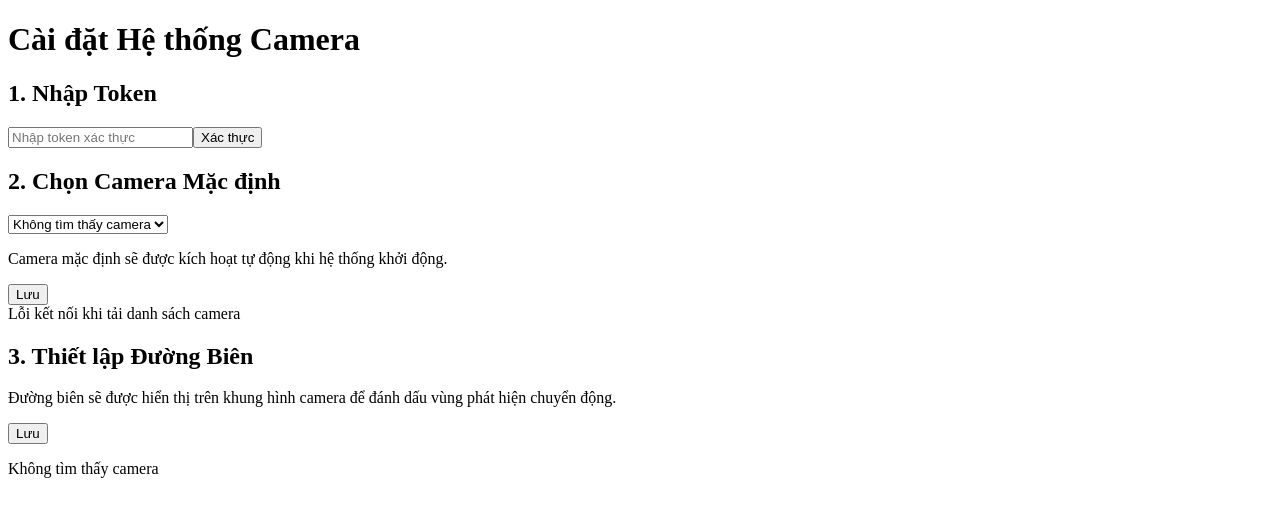
Repository: AzenKain/Traffic-Red-Light-Running-Violation-Detection
Page: /setting (app in client-web/client-web/)
These files come from the project's save history. The page is drawn as it stood at one moment and after the next save; the edit follows.
The browser window is 1280 px wide. The pictures show the whole page.
The page's requests for data from a server got no answer. The project was rebuilt for these pictures with package versions that can differ from the ones it lists, and the page was loaded fresh each time. The framework's server and built-in components were replaced by stand-ins that run in the browser. No one was signed in, and anything a server would have sent is missing. Also part of the build but not shown: client-web/client-web/src/components/draw/index.tsx.

Above is the page before, as saved 2025-03-23 02:58:10.

After the next save:
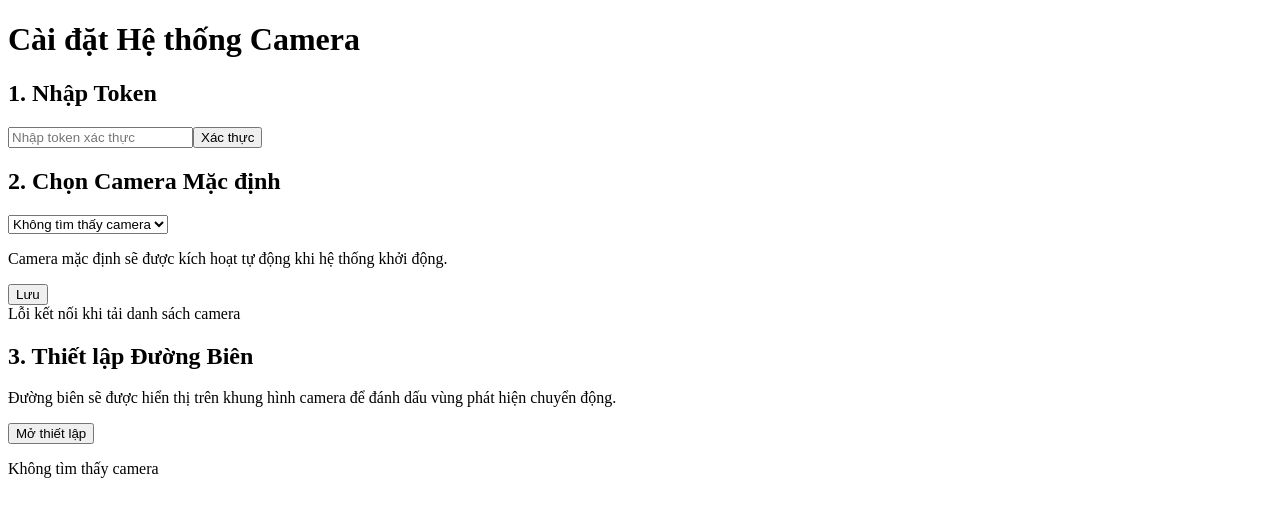
Saved 8 s later.
--- a/client-web/client-web/src/app/setting/page.tsx
+++ b/client-web/client-web/src/app/setting/page.tsx
@@ -268,7 +268,7 @@ export default function CameraSettings() {
                                 Đường biên sẽ được hiển thị trên khung hình camera để đánh dấu vùng phát hiện chuyển động.
                             </p>
                             <button className="px-4 py-2 bg-blue-500 text-white rounded-md hover:bg-blue-600">
-                                Lưu
+                                Mở thiết lập
                             </button>
                         </div>
 
